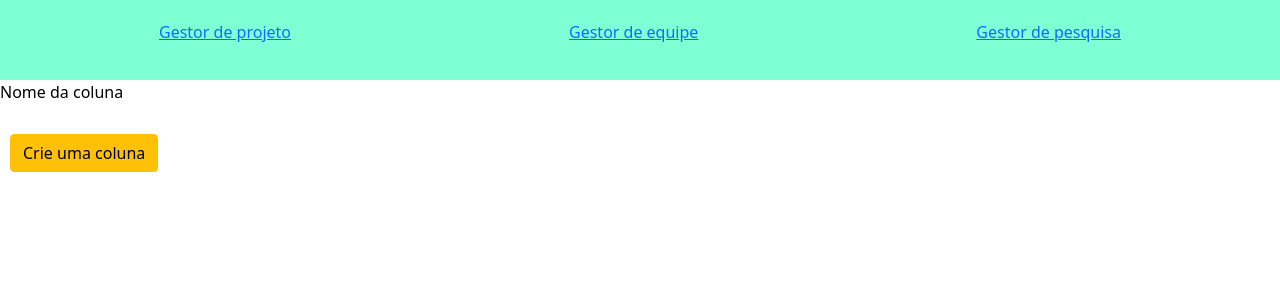
Repository: shadowruge/kanban
Page: index.html
An editor plug-in stored every save of this project. The page is shown before and after the next save, followed by the edit.
The browser window is 1280 px wide. The pictures show the whole page.

Above is the page before, as saved 2021-06-12 21:16:34.

After the next save:
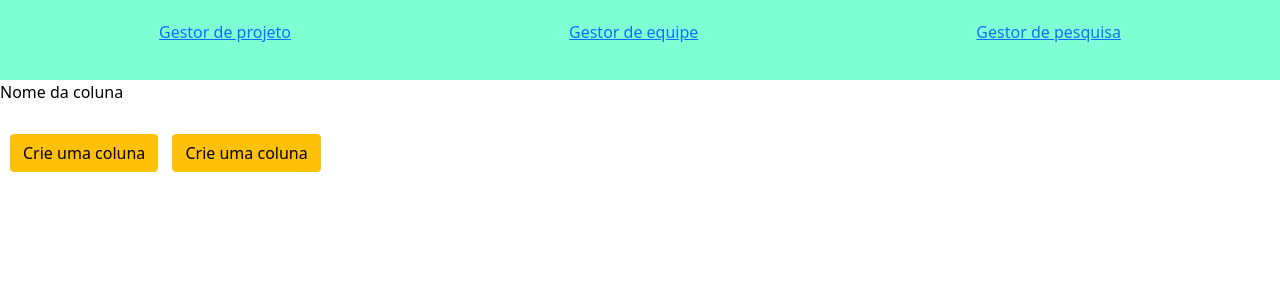
Saved 82 s later.
--- a/index.html
+++ b/index.html
@@ -25,7 +25,7 @@
 
     <!--botão-->
     <input type="text" id="myText" value="Nome da coluna"><br>
-
+    <button type="button" class="btn btn-warning" onclick="textareaFunction()">Crie uma coluna</button>
    <button type="button" class="btn btn-warning" onclick="textareaFunction()">Crie uma coluna</button>
 
    <br /><br /><br /><br />
